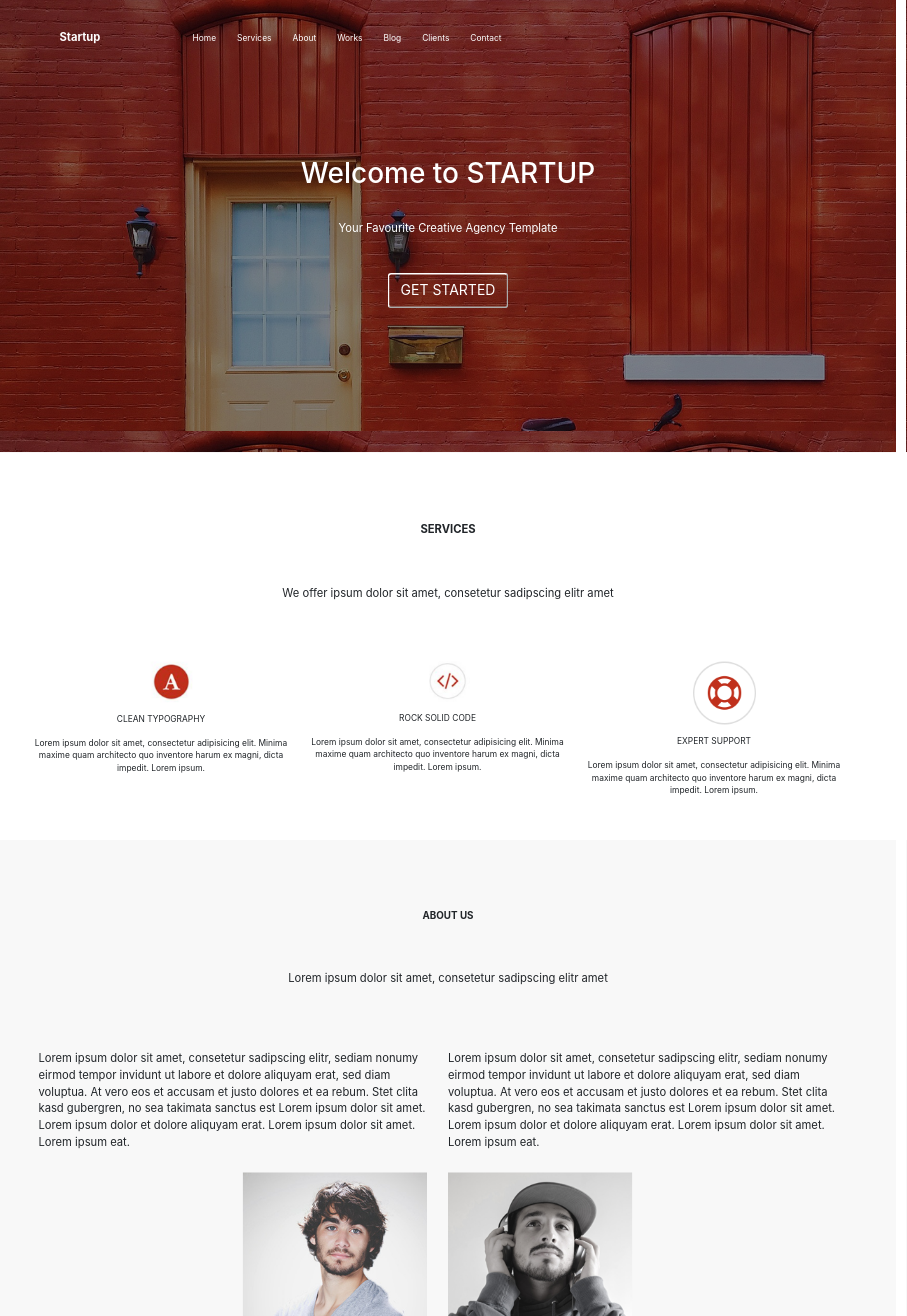
Repository: ivankovaa/HelloWorld
Page: lab5/index.html
The author's editor kept a record of every edit. The page is drawn from the files as they stood at one moment, then again after the next edit.
The browser window is 1280 px wide. The page is 1295 px wide, so the pictures cover 1295 px, including what lies to the right of the window. The pictures show the part of the page from y = 0 to 1880 px (the page is 3835 px tall), at 70% of full size.

Above is the page before.

### lab5/index.html
<!DOCTYPE html>
<html lang="uk">

<head>

  <meta charset="utf-8">

  <title>Start up</title>

  <link href="bootstrap.min.css" rel="stylesheet">
  <link href="https://fonts.googleapis.com/css?family=Montserrat:400,700&display=swap" rel="stylesheet">

  <link href="style.css" rel="stylesheet">

</head>
<body>
  <header class = "head">
    <div class = "container">
    <div class = "row">
        <div class = "col-lg-2">
            <p class = "startup">Startup</p>
        </div>
        <div class = "col-lg-6">
            <nav>
                <ul class = "menu d-flex justify-content-right">
                    <li class = "menu_item">
                        <a href = "">Home</a>
                    </li>
                    <li class = "menu_item">
                        <a href = "">Services</a>
                    </li>
                    <li class = "menu_item">
                        <a href = "">About</a>
                    </li>
                    <li class = "menu_item">
                        <a href = "">Works</a>
                    </li>
                    <li class = "menu_item">
                        <a href = "">Blog</a>
                    </li>
                    <li class = "menu_item">
                        <a href = "">Clients</a>
                    </li>
                    <li class = "menu_item">
                        <a href = "">Contact</a>
                    </li>
                </ul>

            </nav>
        </div>
    </div>
    <div class = "row">
        <div class = "col-lg-12">
            <h1 class = "welcome d-flex justify-content-center">Welcome to STARTUP</h1>
        </div>
    </div>
    <div class = "row">
        <div class = "col-lg-12">
            <p class = "favourite">Your Favourite Creative Agency Template</p>
        </div>
    </div>
    <div class = "row">
        <div class = "col-lg-12">
            <button type = "submit" id="tr-property" class = "start btn-default btn-lg d-block">GET STARTED</button>
        </div>
    </div>
    </div>
  </header>
  <section class = "services">
      <div class = "row">
        <div class = "col-lg-12">
            <h2 class = "service">SERVICES</h2>
        </div>
    </div>
    <div class = "row">
        <div class = "col-lg-12">
            <p class = "servicestext">We offer ipsum dolor sit amet, consetetur sadipscing elitr amet</p>
        </div>
    </div>
    <div class = "row">
        <div class = "col-lg-12">
            <ul class = "serv d-flex justify-content-center">
                    <li class = "services_item">
                        <img class="services_img" src="FAicon1.png" alt="icon"/>
                        <p class="name">CLEAN TYPOGRAPHY</p>
                        <p class ="aftername">Lorem ipsum dolor sit amet, consectetur adipisicing elit. Minima maxime quam architecto quo inventore harum ex magni, dicta impedit. Lorem ipsum.</p>
                    </li>
                    <li class = "services_item">
                        <img  class="services_img" src="FAicon2.png" alt="icon"/>
                        <p class="name">ROCK SOLID CODE</p>
                        <p class ="aftername">Lorem ipsum dolor sit amet, consectetur adipisicing elit. Minima maxime quam architecto quo inventore harum ex magni, dicta impedit. Lorem ipsum.</p>
                    </li>
                    <li class = "services_item">
                        <img class="services_img" src="img/FAicon3.png" alt="icon"/>
                        <p class="name">EXPERT SUPPORT</p>
                        <p class ="aftername">Lorem ipsum dolor sit amet, consectetur adipisicing elit. Minima maxime quam architecto quo inventore harum ex magni, dicta impedit. Lorem ipsum.</p>
                    </li>
                    </ul>
        </div>
    </div>
  </section>
  <section class = "about_us">
      <div class = "row">
        <div class = "col-lg-12">
            <h3 class = "aboutus">ABOUT US</h3>
        </div>
    </div>
    <div class = "row">
        <div class = "col-lg-12">
            <p class = "aboutus_text">Lorem ipsum dolor sit amet, consetetur sadipscing elitr amet</p>
        </div>
    </div>
    <div class = "row">
        <div class = "col-lg-12">
            <ul class = "about d-flex justify-content-center">
                    <li class = "aboutus_item">
                        <p>Lorem ipsum dolor sit amet, consetetur sadipscing elitr, sediam nonumy eirmod tempor invidunt ut labore et dolore aliquyam erat, sed diam voluptua. At vero eos et accusam et justo dolores et ea rebum. Stet clita kasd gubergren, no sea takimata sanctus est Lorem ipsum dolor sit amet. Lorem ipsum dolor et dolore aliquyam erat. Lorem ipsum dolor sit amet. Lorem ipsum eat.</p>
                    </li>
                    <li class = "aboutus_item">
                        <p>Lorem ipsum dolor sit amet, consetetur sadipscing elitr, sediam nonumy eirmod tempor invidunt ut labore et dolore aliquyam erat, sed diam voluptua. At vero eos et accusam et justo dolores et ea rebum. Stet clita kasd gubergren, no sea takimata sanctus est Lorem ipsum dolor sit amet. Lorem ipsum dolor et dolore aliquyam erat. Lorem ipsum dolor sit amet. Lorem ipsum eat.</p>
                    </li>
                    </ul>
        </div>
    </div>
    <div class = "row">
        <div class = "col-lg-12">
            <ul class = "team d-flex justify-content-center">
                    <li class = "team_item">
                        <img class="team_img" alt="Team" src="img/TeamPic3.png"/>
                        <p class="name">Shamim Mia</p>
                        <p>Sr.Web Developer</p>
                    </li>
                    <li class = "team_item">
                        <img class="team_img" alt="Team" src="img/TeamPic4.png"/>
                        <p class="name">John Doe</p>
                        <p>Front-end Developer</p>
                    </li>
                    </ul>
        </div>
    </div>
  </section>
  <section class = "works">
      <div class = "row">
        <div class = "col-lg-12">
            <h4 class = "work">Latest Works</h4>
        </div>
    </div>
    <div class = "row">
        <div class = "col-lg-12">
            <ul class = "latest d-flex justify-content-center">
                    <li class = "work_item">
                        <a href = "">All</a>
                    </li>
                    <li class = "work_item">
                        <a href = "">Branding</a>
                    </li>
                    <li class = "work_item">
                        <a href = "">Design</a>
                    </li>
                    <li class = "work_item">
                        <a href = "">Development</a>
                    </li>
                    <li class = "work_item">
                        <a href = "">Strategy</a>
                    </li>
                    </ul>
        </div>
    </div>
    <div class = "row">
        <div class = "col-lg-12">
            <div class = "pictures"></div>
            <ul class = "latestworks1 d-flex justify-content-center">
                    <li>
                        <img class = "work_img" alt="work" src = "img/work1.png"/>
                    </li>
                    <li>
                        <img class = "work_img" alt="work" src = "img/work2.png"/>
                    </li>
                    <li>
                        <img class = "work_img" alt="work" src = "img/work3.png"/>
                    </li>
            </ul>
            <ul class = "latestworks2 d-flex justify-content-center">
                    <li class = "work_img">
                        <img alt="work" src = "img/work4.png"/>
                    </li>
                    <li class = "work_img">
                        <img alt="work" src = "img/work5.png"/>
                    </li>
                    <li class = "work_img">
                        <img alt="work" src = "img/work6.png"/>
                    </li>
            </ul>
            <ul class = "latestworks3 d-flex justify-content-center">
                    <li class = "work_img">
                        <img alt="work" src = "img/work7.png"/>
                    </li>
                    <li class = "work_img">
                        <img alt="work" src = "img/work8.png"/>
                    </li>
                    <li class = "work_img">
                        <img alt="work" src = "img/work9.png"/>
                    </li>
            </ul>
        </div>
    </div>
  </section>
  <footer class = "like">
        <div class = "row">
         <div class = "col-lg-12">
            <p class = "do">Do you like OUR WORK so far?</p>
            <p class = "lets">Let's talk about YOUR PROJECT!</p>
            <button type = "submit" class = "touch btn-default btn-lg d-block">GET IN TOUCH</button>
        </div>
    </div>
  </footer>
</body>
</html>

### lab5/style.css
ul, li {
    display: inline-block;
    padding: 0;
    margin: 0;
}

h2, h3, h4 {
    font-size: 14px;
    text-transform: uppercase;
    text-align: center;
    padding-top: 100px;
    font-weight: bold;
}

.h1 {
    text-align: center;
    text-transform: uppercase;
    font-size: 40px;
}

.head {
    background-image: url('img/HomeBackground.png');
    background-size: 100%;
    max-height: 100%;
    color: white;
}

.service {
    background-color: white;
}

.about_us{
    background-color: #f8f8f8;
}

.menu {
    padding-top: 40px;
    max-width: 490px;
    margin-bottom: 160px;
}

.menu_item a {
    color: white;
}

.startup {
    padding-top: 40px;
    font-weight: bold;
}

.menu_item {
    margin-right: 30px;
}

.menu_item a {
    font-size: 12px;
}

.favourite {
    margin-top: 34px;
    text-align: center;
    font-size: 16px;
}

.start {
    margin-top: 36px;
    margin-left: auto;
    margin-right: auto;
    margin-bottom: 206px;
    background: transparent;
    color: white;
    border-color: white;
}

.start btn {
    max-height: 150px;
    max-width: 100px;
    text-align: center;
    font-size: 16px;
}

.service {
    padding-top: 100px;
    text-transform: uppercase;
    text-align: center;
    font-size: 16px;
}

.servicestext {
    margin-top: 62px;
    text-align: center;
    font-size: 16px;
}

.rock {
    margin-top: 190px;
    margin-left: 504px;
    text-transform: uppercase;
}

.services_item {
    text-align: center;
    align-items: center;
    display: inline-block;
}

.services_img {
    padding-top: 70px;
}

.servicestext {
    font-size: 16px;
}
.services_item a {
    text-transform: uppercase;
    font-size: 12px;
}

.services_item name {
    margin-top: 30px;
}

.services_item p {
    font-size: 12px;
    margin-right: 30px;
    max-height: 63px;
    max-width: 365px;
}

.aftername {
    padding-bottom: 100px;
}

.aboutus_text {
    text-align: center;
    font-size: 16px;
    padding-top: 60px;
}

.aboutus_item {
    margin-right: 30px;
    max-height: 100px;
    max-width: 555px;
    padding-top: 74px;
}

.name {
    text-transform: uppercase;
    font-size: 12px;
    margin-top: 15px;
}

.team_item {
    padding-top: 75px;
    padding-bottom: 100px;
}

.team_item p {
    font-size: 12px;
    margin-top: 10px;
}

.team_img {
    margin-top: 75px;
    max-height: 270px;
    max-width: 270px;
    margin-right: 30px;
}

.work {
    padding-top: 100px;
}

.work_item {
    font-size: 12px;
    margin-right: 30px;
    margin-top: 60px;
}

.latestworks1 {
    margin-top: 70px;
}

.latestworks3 {
    padding-bottom: 100px;
}

.work_img {
    max-width: 365px;
    max-height: 365px;
    display: inline-block;
    margin-right: 30px;
    margin-bottom: 30px;
}

.do {
    text-align: center;
    font-size: 30px;
    padding-top: 70px;
    margin-bottom: 0;
    color: white;
}

.lets {
    text-align: center;
    font-size: 30px;
    color: white;
}

.touch {
    margin-top: 24px;
    margin-left: auto;
    margin-right: auto;
    margin-bottom: 75px;
    background: transparent;
    color: white;
    border-color: white;
}

.touch btn {
    max-height: 150px;
    max-width: 100px;
    text-align: center;
    font-size: 16px;
}

.like {
    background-image: url('img/lets-talk.png');
    background-size: 100%;
}

Loaded but not shown: lab5/bootstrap.min.css (library)

After the next edit:
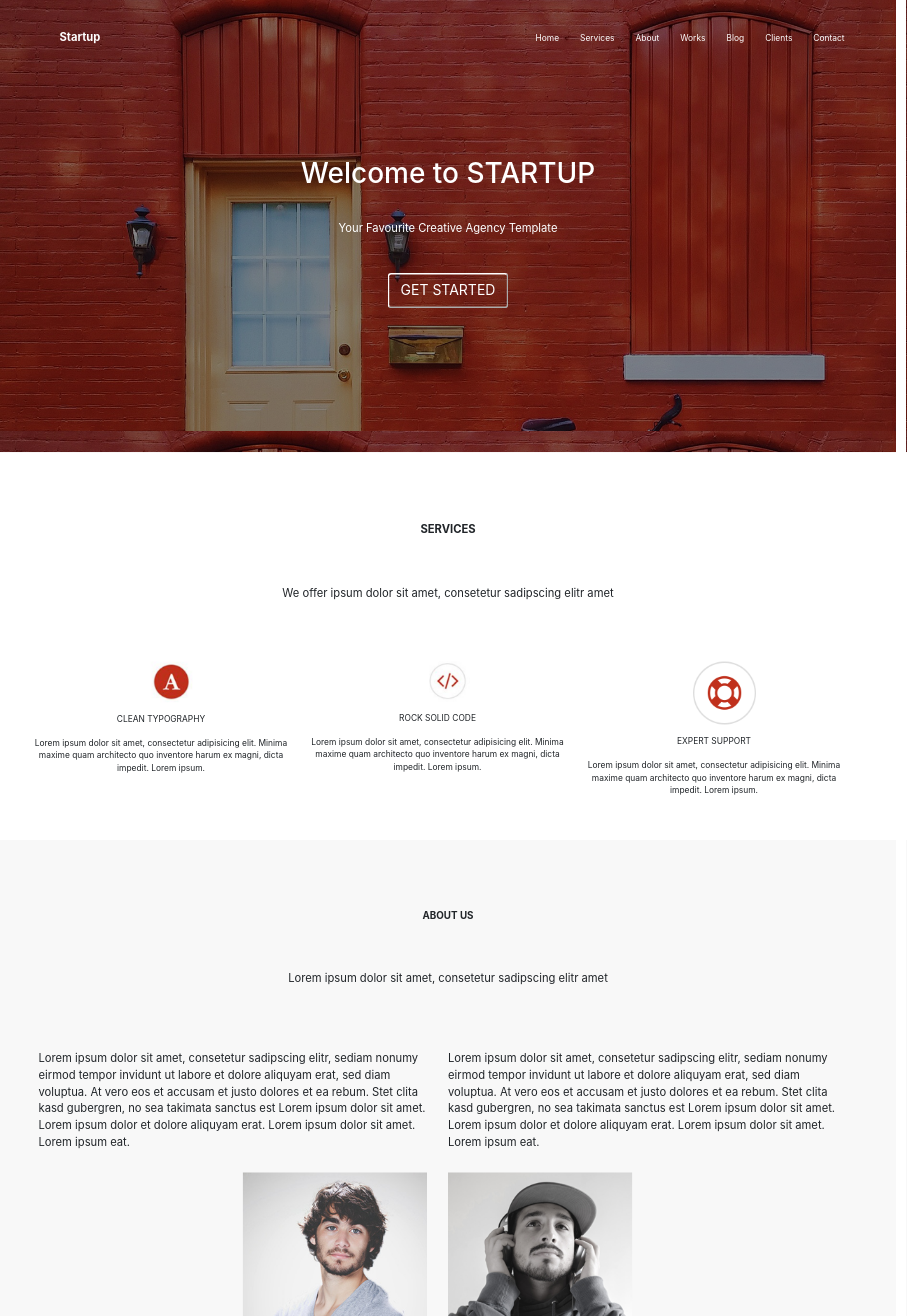
The edit:
--- a/lab5/style.css
+++ b/lab5/style.css
@@ -35,7 +35,7 @@
 
 .menu {
     padding-top: 40px;
-    max-width: 490px;
+    margin-left: 490px;
     margin-bottom: 160px;
 }
 
